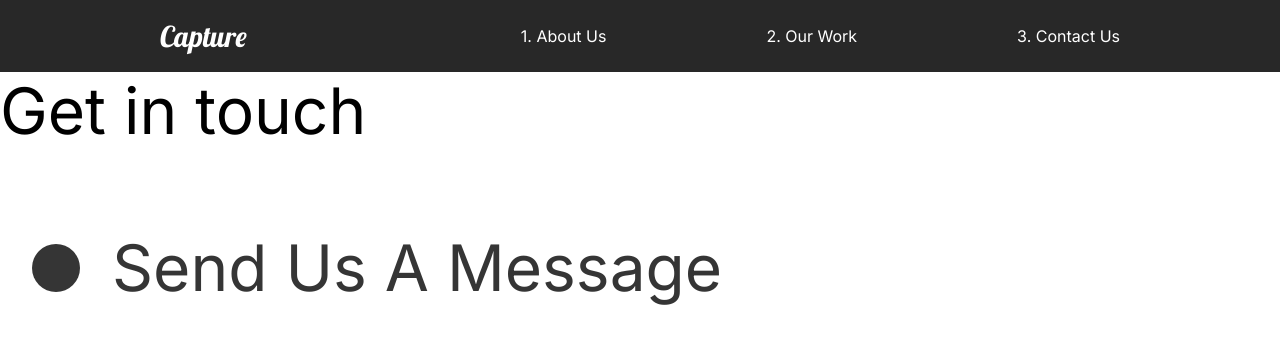
Repository: programmingwithlevi/capture
Page: /contact
These files come from the project's save history. The page is drawn as it stood at one moment and after the next save; the edit follows.
The browser window is 1280 px wide. The pictures show the whole page.
The project was rebuilt for these pictures with package versions that can differ from the ones it lists, and the page was loaded fresh each time. Also part of the build but not shown: src/styles.js, src/components/Wave.js, src/components/AboutSection.js, src/components/UseScroll.js, src/components/ServicesSection.js, src/components/Toggle.js, src/components/FaqSection.js, src/pages/AboutUs.js and 3 more.

Above is the page before, as saved 2021-12-13 21:19:33.

After the next save:
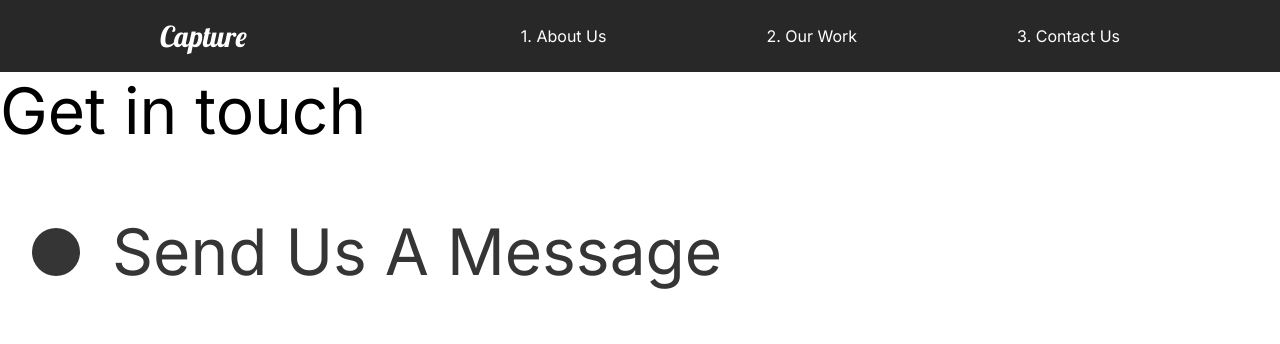
Saved 5 s later.
--- a/src/pages/ContactUs.js
+++ b/src/pages/ContactUs.js
@@ -33,7 +33,7 @@ const ContactStyle = styled(motion.div)`
     min-height: 90vh;
 `
 const Title = styled.div`
-    margin-bottom: 3rem;
+    margin-bottom: 2rem;
     color: black;
 `
 const Hide = styled.div`
